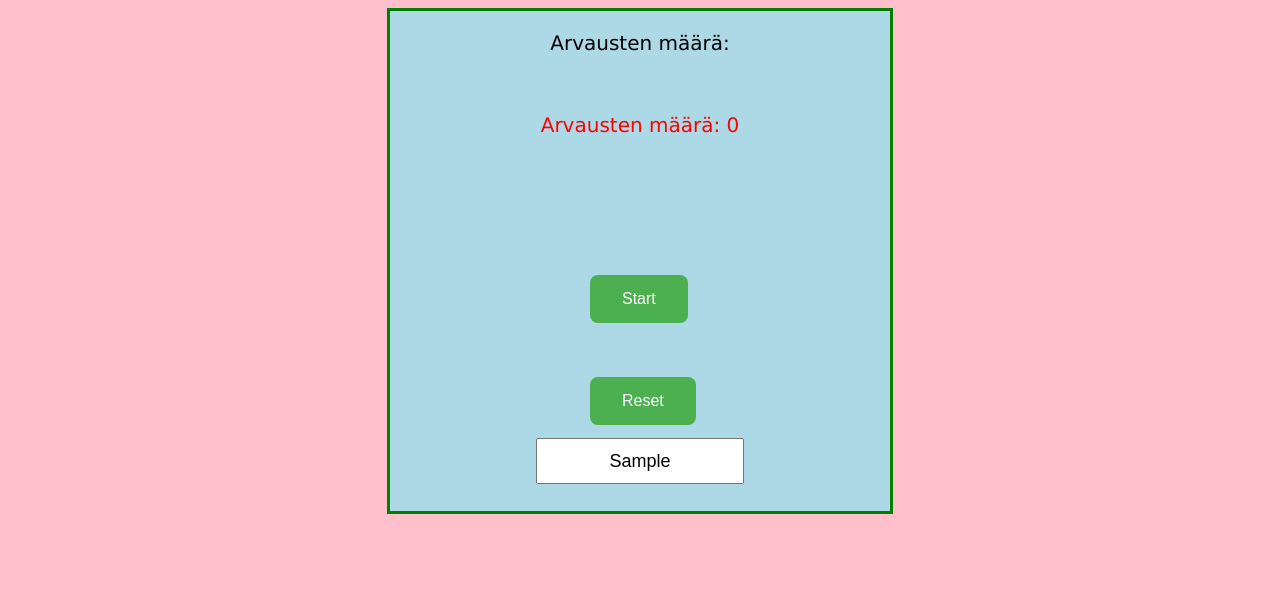
Repository: VadimZubchenko/numeronarvouspeli_JS
Page: public/index.html
An editor plug-in stored every save of this project. The page is shown before and after the next save, followed by the edit.
The browser window is 1280 px wide. The pictures show the whole page.
Empty fields were first filled with sample values (such as "Sample", 5 or name@example.com).
After loading, the first visible `#startGame` was clicked once.

Above is the page before, as saved 2022-04-28 10:16:19.

After the next save:
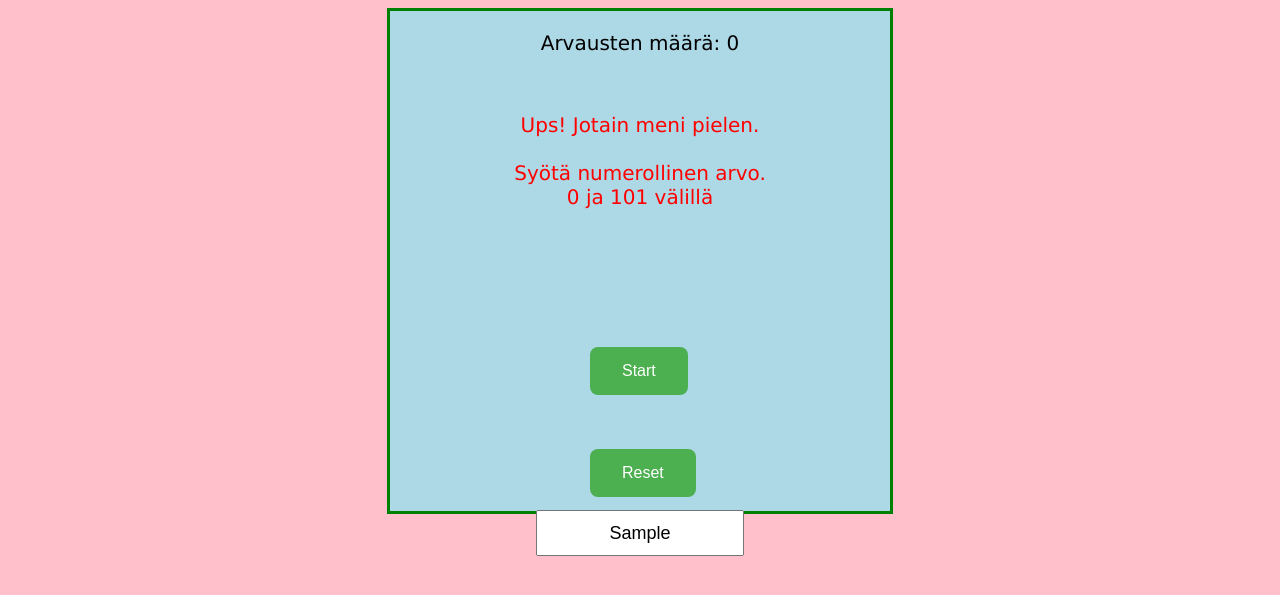
Saved 57 s later.
--- a/public/script.js
+++ b/public/script.js
@@ -67,7 +67,7 @@ function startGame() {
     text.style.color = "red";
     document.body.style.backgroundColor = "pink";
   }
-  msg("message", "Arvausten määrä: " + kpl);
+  msg("maara", "Arvausten määrä: " + kpl);
   console.log("min:" + lastMin);
   console.log("max: :" + lastMax);
 }
